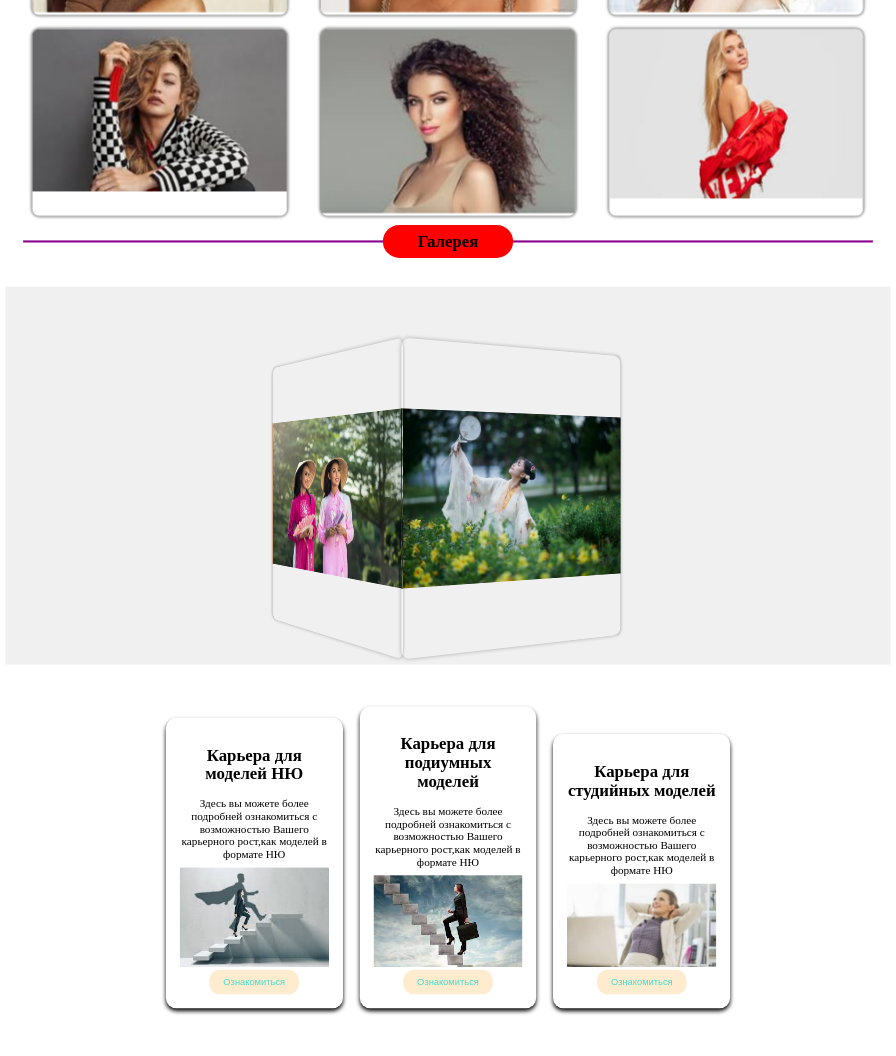
Repository: qtqqrdy13/model-studio
Page: index.html
These files come from the project's save history. The page is drawn as it stood at one moment and after the next save; the edit follows.
The browser window is 1280 px wide. The pictures show the part of the page from y = 1569 to 3489 px (the page is 3077 px tall before and 3489 px after), at 70% of full size.
A picture or video elsewhere on the page could not be fetched, so the positions and the page height are approximate.

Above is the page before, as saved 2023-09-01 13:31:52.

After the next save:
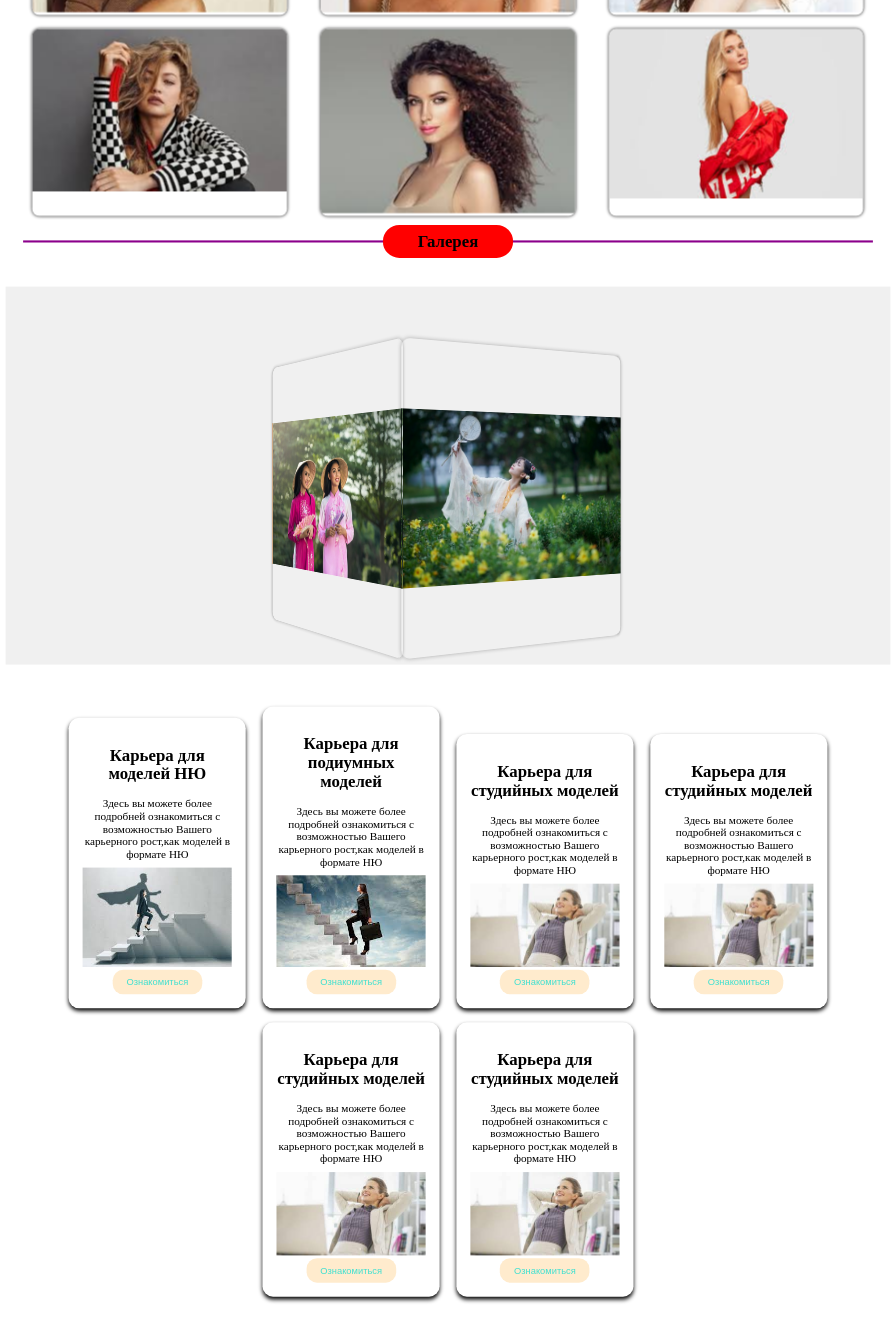
Saved 53 s later.
--- a/index.html
+++ b/index.html
@@ -222,6 +222,42 @@
                 Ознакомиться
             </button>
         </div>
+        <div class="category">
+            <h2>
+                Карьера для студийных моделей
+            </h2>
+            <p>
+                Здесь вы можете более подробней ознакомиться с возможностью Вашего карьерного рост,как моделей в формате НЮ
+            </p>
+            <img src="../java/img/kariera3.jpg" alt="image3">
+            <button class="baton">
+                Ознакомиться
+            </button>
+        </div>
+        <div class="category">
+            <h2>
+                Карьера для студийных моделей
+            </h2>
+            <p>
+                Здесь вы можете более подробней ознакомиться с возможностью Вашего карьерного рост,как моделей в формате НЮ
+            </p>
+            <img src="../java/img/kariera3.jpg" alt="image3">
+            <button class="baton">
+                Ознакомиться
+            </button>
+        </div>
+        <div class="category">
+            <h2>
+                Карьера для студийных моделей
+            </h2>
+            <p>
+                Здесь вы можете более подробней ознакомиться с возможностью Вашего карьерного рост,как моделей в формате НЮ
+            </p>
+            <img src="../java/img/kariera3.jpg" alt="image3">
+            <button class="baton">
+                Ознакомиться
+            </button>
+        </div>
     </div>
 </body>
 
